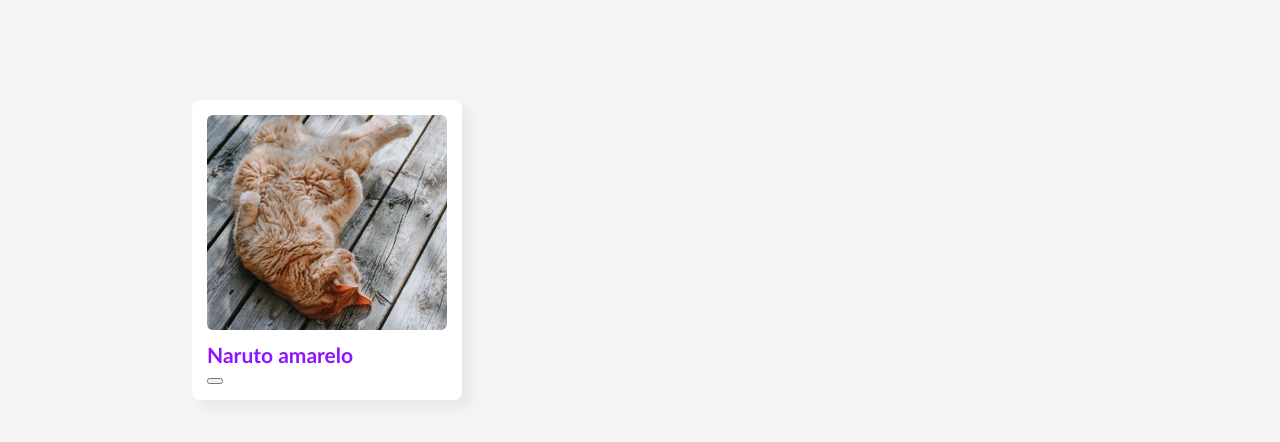
Repository: alessandradiamantino/Curso-Front-End-Design
Page: 1 - Introdução ao HTML e CSS/2 - Exercício CSS/01/codesignerspro-arquivos-exercicio-css-02/codesignerspro-arquivos-exercicio-css-02/index.html
These files come from the project's save history. The page is drawn as it stood at one moment and after a run of saves; the edit follows.
The browser window is 1280 px wide. The pictures show the whole page.

Above is the page before, as saved 2021-07-28 11:42:39.

### 1 - Introdução ao HTML e CSS/2 - Exercício CSS/01/codesignerspro-arquivos-exercicio-css-02/codesignerspro-arquivos-exercicio-css-02/index.html
<!DOCTYPE html>
<html lang="pt-br">

<head>
  <meta charset="UTF-8">
  <meta name="viewport" content="width=device-width, initial-scale=1.0">
  <meta http-equiv="X-UA-Compatible" content="ie=edge">
  <title>Exercício CSS 02</title>
  <link rel="stylesheet" type="text/css" href="css/style.css" />
</head>

<body>
  <main>
  <div class="card-container">
    <div class="card">
      <img src="images/gato-01.jpg"
        alt="gato deitado"
        title="gatinho"
        class="card-image"
      />
      <div class="card-body">
        <h1>Naruto amarelo</h1>
    </div>
    <div class="card-footer">
      <button></button>
      <a></a>
    </div>
  </div>
</div>
  </main>
</body>

</html>

### 1 - Introdução ao HTML e CSS/2 - Exercício CSS/01/codesignerspro-arquivos-exercicio-css-02/codesignerspro-arquivos-exercicio-css-02/css/style.css
body{
  background-color: #f2f4f5;
  margin: 0;
}
main {
  width: 70%;
  display: table;
  margin: 100px auto 0 auto;
}
.card-container {
  width: 270px;
  display: table;
}

.card {
  width: 100%;
  display: table;
  background-color: #fff;
  border-radius: 8px;
  box-shadow: 8px 8px 12px rgba(0, 0, 0, 0.05);
  padding: 15px;
  box-sizing: border-box;
}

.card .card-image {
  width: 100%;
  max-width: 100%;
  height: auto;
  border-radius: 6px;
  display: block;
}

.card .card-body {
  width: 100%;
  display: table;
  margin-top: 13px;
}

.card .card-body h1 {
  font-family:'Gill Sans', 'Gill Sans MT', Calibri, 'Trebuchet MS', sans-serif;
  font-size: 21px;
  font-weight: 800;
  line-height: 24px;
  color: #9013fe;
  margin: 0;
}

.card .card-footer {
  width: 100%;
  display: table;
}

After the next 2 saves:
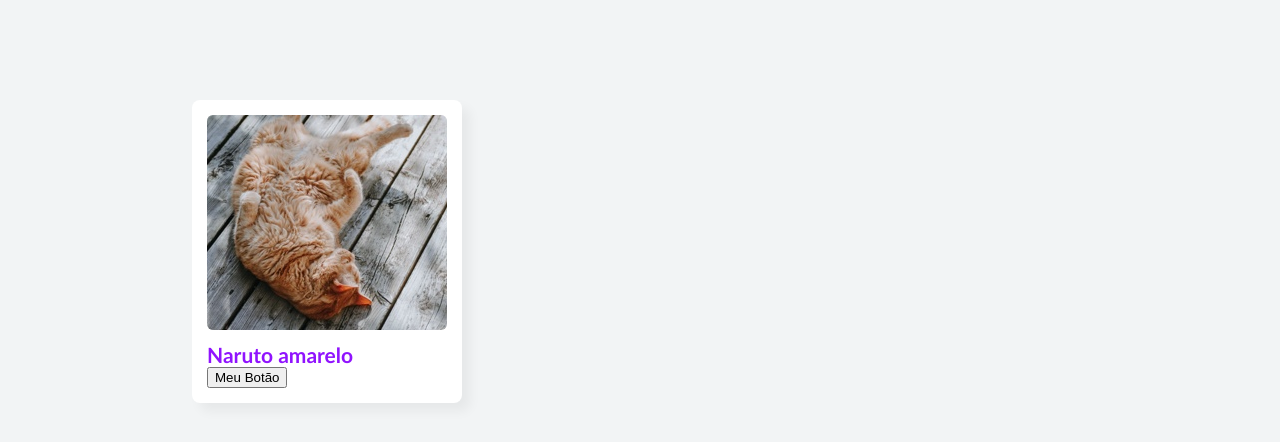
The 2 saves are shown as one change because they came seconds apart.
The last was saved 87 s later.
--- a/1 - Introdução ao HTML e CSS/2 - Exercício CSS/01/codesignerspro-arquivos-exercicio-css-02/codesignerspro-arquivos-exercicio-css-02/index.html
+++ b/1 - Introdução ao HTML e CSS/2 - Exercício CSS/01/codesignerspro-arquivos-exercicio-css-02/codesignerspro-arquivos-exercicio-css-02/index.html
@@ -22,7 +22,7 @@
         <h1>Naruto amarelo</h1>
     </div>
     <div class="card-footer">
-      <button></button>
+      <button>Meu Botão</button>
       <a></a>
     </div>
   </div>
